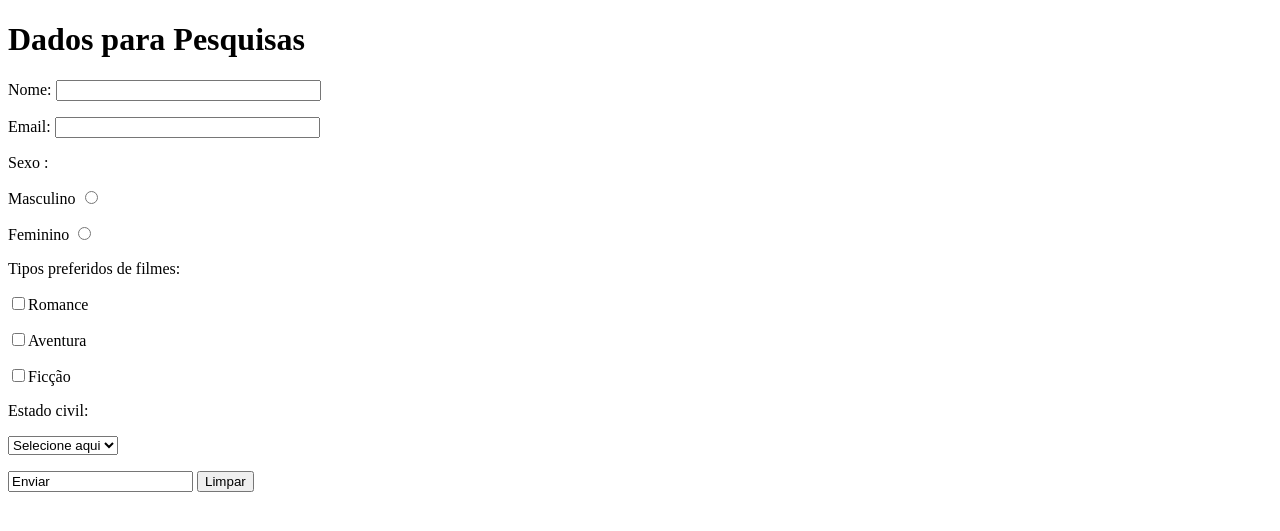
Repository: Marcelinalima/Java_JSP
Page: projeto_pesquisa/src/main/webapp/inserirPesquisa.html
An editor plug-in stored every save of this project. The page is shown before and after the next save, followed by the edit.
The browser window is 1280 px wide. The pictures show the whole page.

Above is the page before, as saved 2023-04-13 13:48:59.

After the next save:
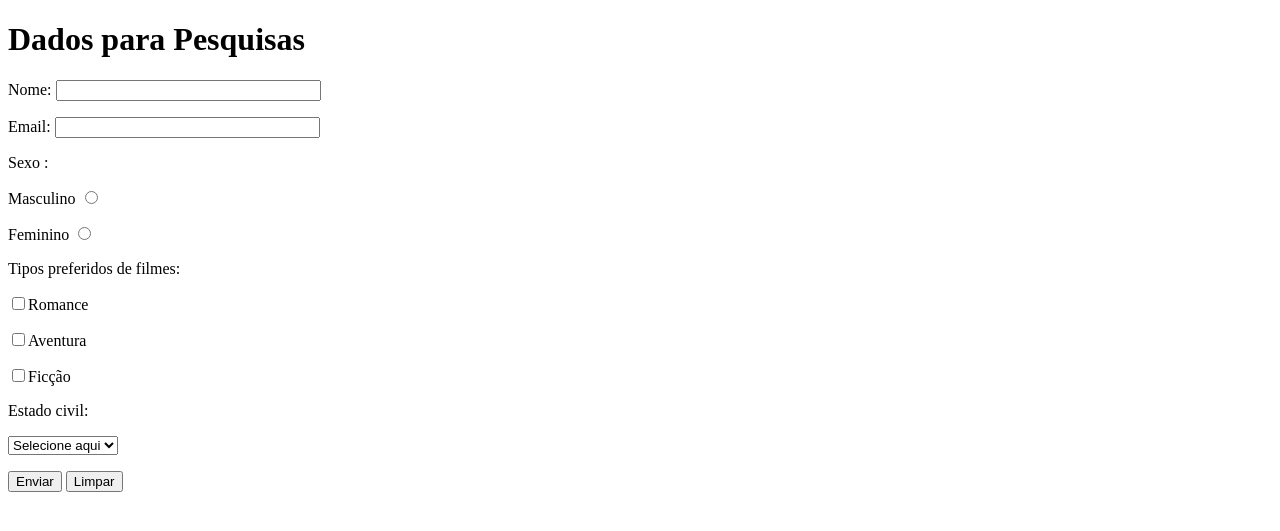
Saved 112 s later.
--- a/projeto_pesquisa/src/main/webapp/inserirPesquisa.html
+++ b/projeto_pesquisa/src/main/webapp/inserirPesquisa.html
@@ -33,7 +33,7 @@
      </select>
 
        <p>
-         <input type="submit " value="Enviar"/>
+         <input type="submit" value="Enviar"/>
          <input type="reset" value="Limpar"/></p>
 
 
